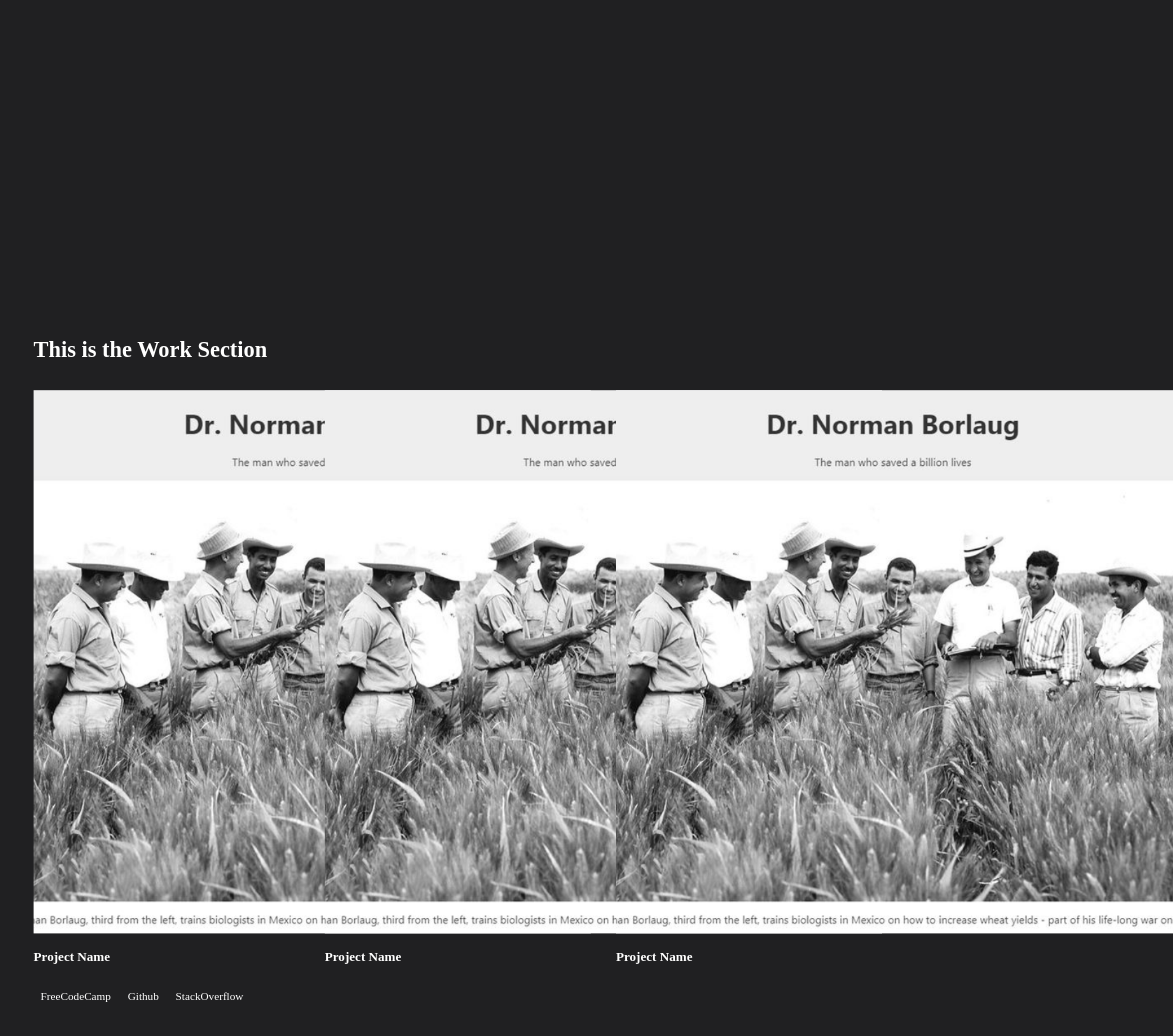
Repository: justicebhekani88/microverse_portfolio_project
Page: index.html
These files come from the project's save history. The page is drawn as it stood at one moment and after the next save; the edit follows.
The browser window is 1280 px wide. The page is 1676 px wide, then 1328 px, so the pictures cover 1676 px, including what lies to the right of the window. The pictures show the part of the page from y = 609 to 2089 px (the page is 2089 px tall before and 1427 px after), at 70% of full size.

Above is the page before, as saved 2022-07-21 15:20:27.

### index.html
<!DOCTYPE html>
<html lang="en">

<head>
    <meta charset="UTF-8">
    <meta http-equiv="X-UA-Compatible" content="IE=edge">
    <meta name="viewport" content="width=device-width, initial-scale=1.0">
    <link rel="stylesheet" href="style.css">
    <title>Portfolio Project</title>
</head>

<body>
    <nav id="navbar">
        <ul id="nav-list">
            <li><a href="#welcome-section">About</a></li>
            <li><a href="#projects">Work</a></li>
            <li><a href="#contact">Contact</a></li>
        </ul>
    </nav>
    <div id="main">
        <section id="welcome-section">
            <div id="welcome-text">
                <h1>Hi, It's Justice and Didier</h1>
                <h2>We are developers</h2>
            </div>
        </section>
        <h1>This is the Work Section</h1>
        <section id="projects">
            <div class="project-tile">
                <a href="">
                    <div>
                        <img src="project.png" alt="Project Image">
                        <h3>Project Name</h3>
                    </div>
                </a>
            </div>
            <div class="project-tile">
                <a href="">
                    <div>
                        <img src="project.png" alt="Project Image">
                        <h3>Project Name</h3>
                    </div>
                </a>
            </div>
            <div class="project-tile">
                <a href="">
                    <div>
                        <img src="project.png" alt="Project Image">
                        <h3>Project Name</h3>
                    </div>
                </a>
            </div>
        </section>
        <section>
            <a href="#" id="profile-link" target="_blank">FreeCodeCamp</a>
            <a href="#" id="profile-link" target="_blank">Github</a>
            <a href="#" id="profile-link" target="_blank">StackOverflow</a>
        </section>
    </div>

</body>

</html>

### style.css
body {
    background-color: #202022;
}

nav {
    color: white;
    display: flex;
    justify-content: flex-end;
    position: fixed;
    top: 0;
    left: 0;
    width: 100%;
    background: #BE3043;
}

#nav-list {
    display: flex;
}

li,
a {
    list-style: none;
    color: white;
    padding: 10px;
    text-decoration: none;
}

#main {
    padding-left: 70px;
}

#welcome-section {
    width: 100vw;
    height: 100vh;
}

h1 {
    color: white;
    font-size: 2rem;
}

h2 {
    color: #BE3043;
    font-size: 1.5rem;
}

#welcome-text {
    margin: 300px 30%;
    text-align: center;
}

#projects {
    display: grid;
    grid-template-columns: repeat(auto-fit, minmax(320px, 1fr));
    grid-gap: 4rem;
}

img {
    width: 300;
    height: 300;
}

@media only screen and (min-width: 600px) {
    #main {
        padding: 10px;
    }
}

@media only screen and (min-width: 1280px) {
    #main {
        padding: 40px;
    }
    nav {
        font-size: larger;
    }
}

After the next save:
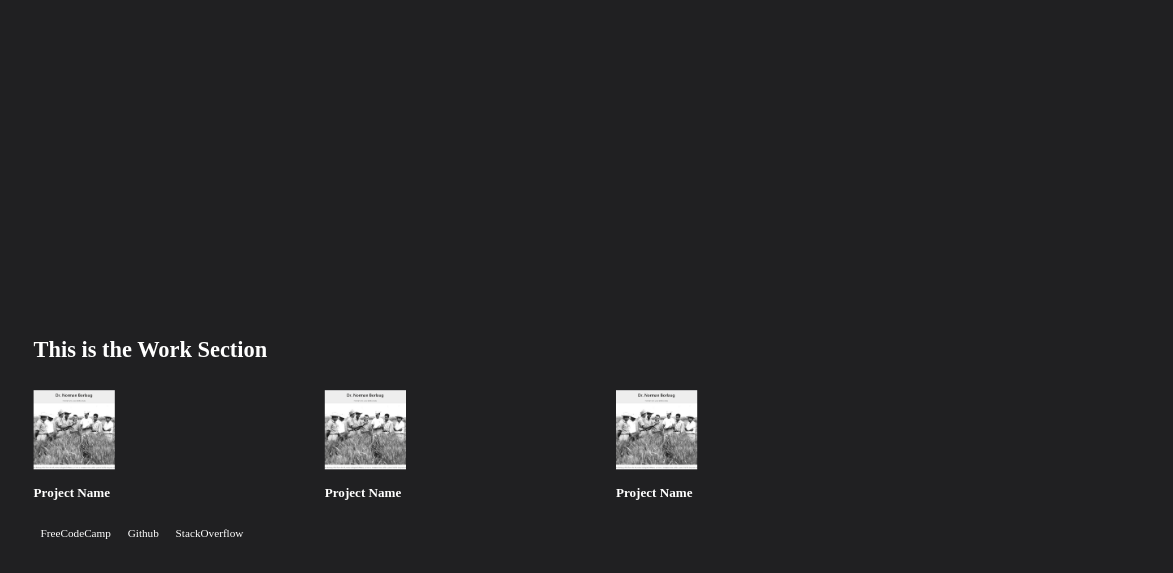
Saved 14 s later.
--- a/style.css
+++ b/style.css
@@ -56,7 +56,7 @@ h2 {
 }
 
 img {
-    width: 300;
+    width: 33%;
     height: 300;
 }
 
